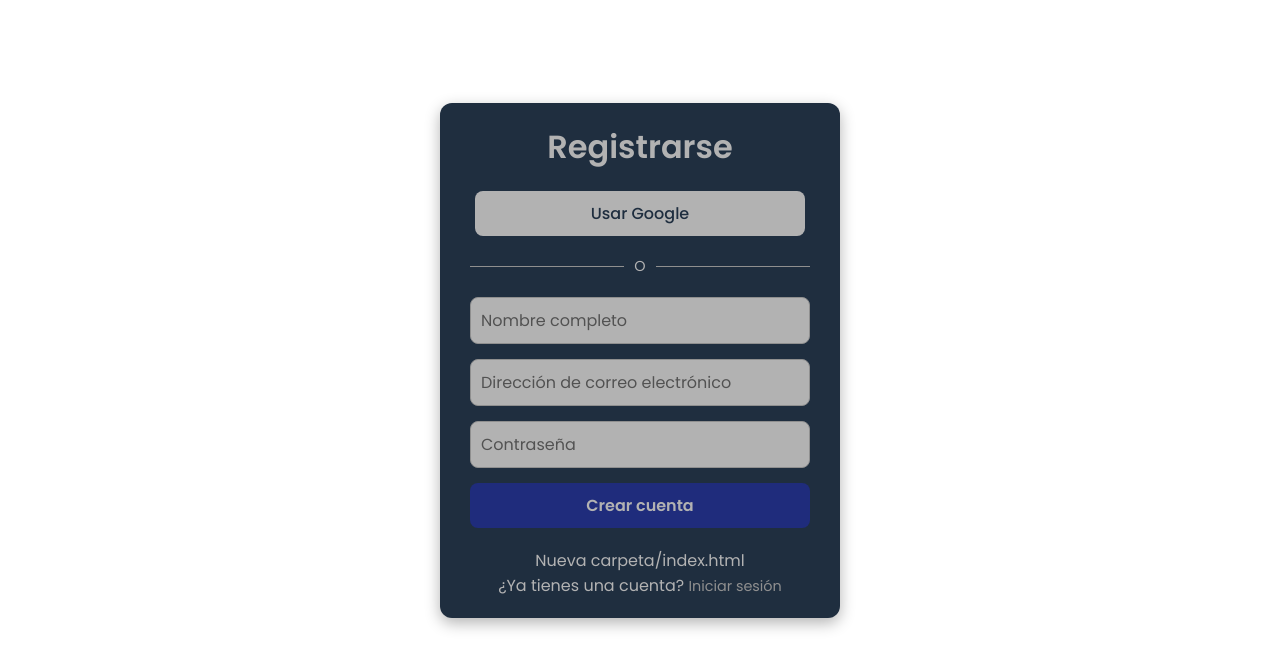
Repository: ct24paolagonzalez/Maquetacion-ABA
Page: Nueva carpeta/signup.html
The author's editor kept a copy of each file at every save. The page is drawn from the files as they stood at one save, then again after a run of saves.
The browser window is 1280 px wide. The pictures show the whole page.

Above is the page before, as saved 2025-01-24 16:15:07.

### Nueva carpeta/signup.html
<!DOCTYPE html>
<html lang="en">
<head>
    <meta charset="UTF-8">
    <meta name="viewport" content="width=device-width, initial-scale=1.0">
    <title>Signup/Login Form</title>
    <link href="https://fonts.googleapis.com/css2?family=Poppins:wght@300;400;500;600;700;800&display=swap" rel="stylesheet">
    <style>
        * {
            margin: 0;
            padding: 0;
            box-sizing: border-box;
            font-family: 'Poppins', sans-serif;
        }

        body {
            display: flex;
            justify-content: center;
            align-items: center;
            height: 100vh;
            background-color: white ;
            background-size: cover;
            background-position: center;
            filter: brightness(70%) saturate(120%);
        }

        .container {
            position: relative;
            width: 400px;
            padding: 20px 30px;
            background-color: #2F4156;
            border-radius: 12px;
            box-shadow: 0 5px 15px rgba(0, 0, 0, 0.3);
            color: white;
        }

        .container header {
            font-size: 2rem;
            text-align: center;
            margin-bottom: 20px;
            font-weight: 600;
        }

        .social-buttons {
            display: flex;
            justify-content: space-between;
            margin-bottom: 20px;
        }

        .social-buttons button {
            flex: 1;
            margin: 0 5px;
            padding: 10px;
            border: none;
            border-radius: 8px;
            font-size: 1rem;
            background: white;
            color: #2F4156;
            font-weight: 500;
            cursor: pointer;
        }

        .separator {
            display: flex;
            align-items: center;
            margin: 20px 0;
        }

        .separator .line {
            flex: 1;
            height: 1px;
            background: #ccc;
        }

        .separator p {
            margin: 0 10px;
            color: white;
            font-size: 0.9rem;
        }

        form {
            display: flex;
            flex-direction: column;
        }

        form input {
            margin-bottom: 15px;
            padding: 10px;
            font-size: 1rem;
            border: 1px solid #ccc;
            border-radius: 8px;
            outline: none;
        }

        form .btn {
            padding: 10px;
            font-size: 1rem;
            border: none;
            border-radius: 8px;
            background: #303f9f;
            color: white;
            font-weight: 600;
            cursor: pointer;
            transition: background 0.3s ease;
        }

        form .btn:hover {
            background: #1d2b70;
        }

        .switch {
            text-align: center;
            margin-top: 20px;
        }

        .switch a {
            color: #ccc;
            text-decoration: none;
            font-size: 0.9rem;
        }

        .switch a:hover {
            color: white;
        }
    </style>
</head>
<body>
    <div class="container">
        <header>Registrarse</header>
        <div class="social-buttons">
            <button>Usar Google</button>
        </div>
        <div class="separator">
            <div class="line"></div>
            <p>O</p>
            <div class="line"></div>
        </div>
        <form>
            <input type="text" placeholder="Nombre completo">
         <input type="email" placeholder="Dirección de correo electrónico">
            <input type="password" placeholder="Contraseña">
            <button class="btn">Crear cuenta</button>
        </form>
        <div class="switch">

Nueva carpeta/index.html

            <p>¿Ya tienes una cuenta? <a href="#">Iniciar sesión</a></p>
        </div>
    </div>
</body>
</html>

After the next 3 saves:
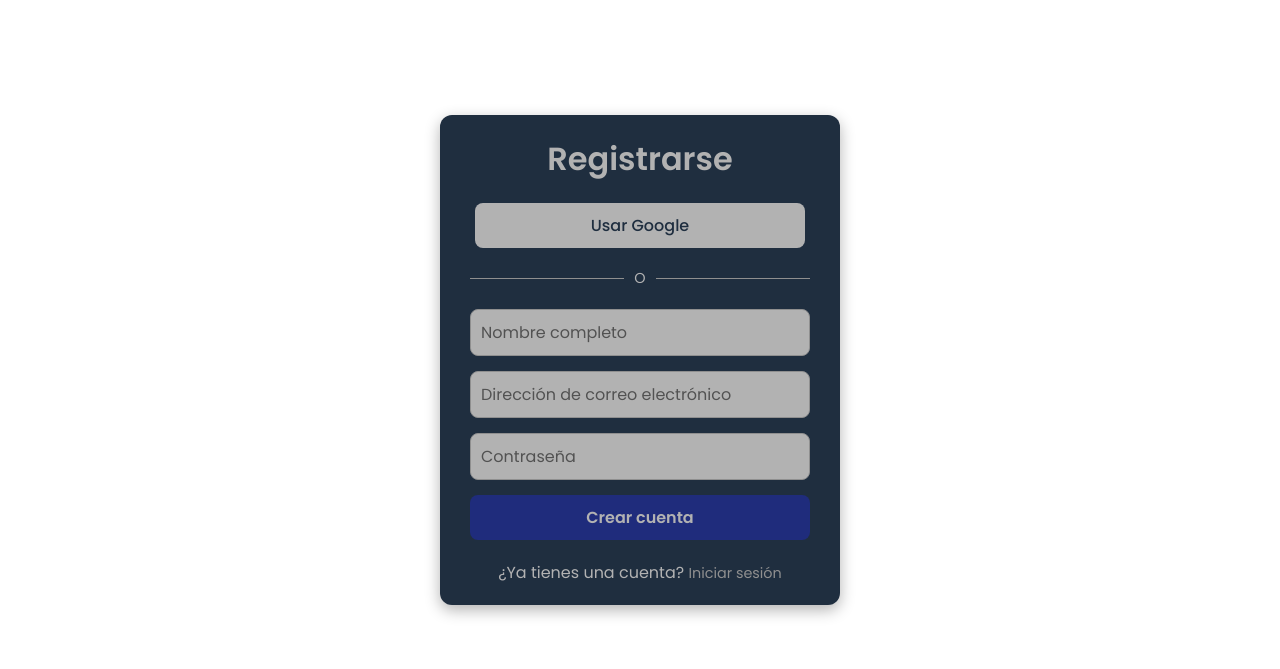
The 3 saves are shown as one change because they came seconds apart.
The last was saved 11 s later.
--- a/Nueva carpeta/signup.html
+++ b/Nueva carpeta/signup.html
@@ -142,9 +142,6 @@
             <button class="btn">Crear cuenta</button>
         </form>
         <div class="switch">
-
-Nueva carpeta/index.html
-
             <p>¿Ya tienes una cuenta? <a href="#">Iniciar sesión</a></p>
         </div>
     </div>
